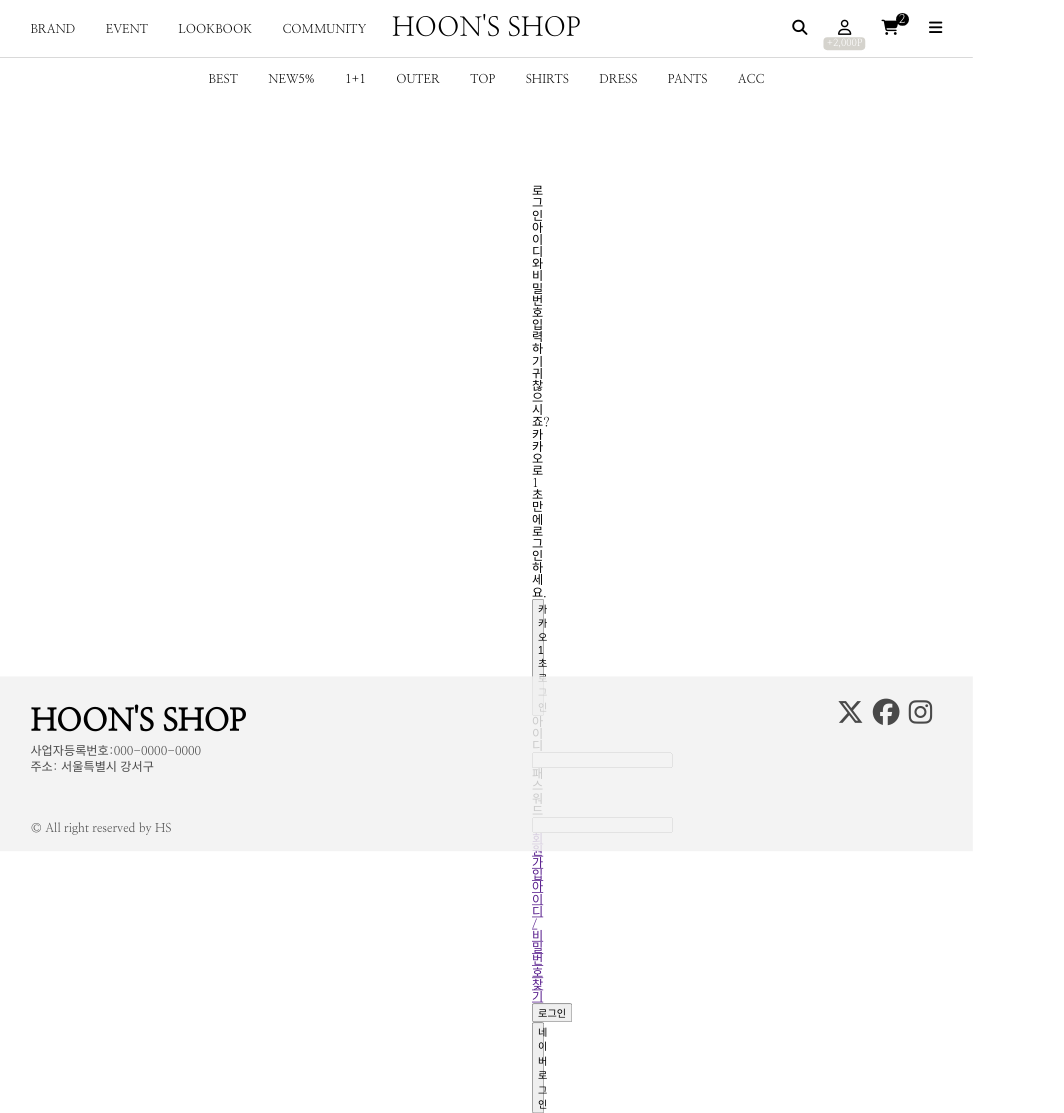
Repository: Iimchaehoon/cafeProject
Page: login.html
An editor plug-in stored every save of this project. The page is shown before and after the next save, followed by the edit.
The browser window is 1280 px wide. The page is 1400 px wide, then 1280 px, then 1400 px, so the pictures cover 1400 px, including what lies to the right of the window. The pictures show the whole page, at 76% of full size.
Some web libraries are served in a nearby version.

Above is the page before, as saved 2024-07-29 20:25:26.

### login.html
<!DOCTYPE html>
<html lang="en">
  <head>
    <meta charset="UTF-8" />
    <meta name="viewport" content="width=device-width, initial-scale=1.0" />
    <title>Document</title>
    <link rel="stylesheet" href="/src/css/pages/login.css" />
    <script
      src="https://kit.fontawesome.com/1e606f2a97.js"
      crossorigin="anonymous"
    ></script>
  </head>
  <body>
    <!--header-->
    <header class="header">
      <div class="header__top">
        <nav class="header__nav-box">
          <ul class="header__list-box">
            <li class="header__content">BRAND</li>
            <li class="header__content">EVENT</li>
            <li class="header__content">LOOKBOOK</li>
            <li class="header__content">COMMUNITY</li>
          </ul>
        </nav>
        <h1 class="header__title">HOON'S SHOP</h1>
        <ul class="header__menu">
          <li class="header__content">
            <i class="fa-solid fa-magnifying-glass fa-lg"></i>
          </li>
          <li class="header__content header__content--badge-price">
            <div class="header__price-badge"><span>+2,000P</span></div>
            <i class="fa-regular fa-user fa-lg"></i>
          </li>
          <li class="header__content header__content--badge-box">
            <div class="header__cart-badge"><span>2</span></div>
            <i class="fa-solid fa-cart-shopping fa-lg"></i>
          </li>
          <li class="header__content">
            <i class="fa-solid fa-bars fa-lg"></i>
          </li>
        </ul>
      </div>

      <div class="header__bottom">
        <ul class="header__category">
          <li class="header__content">BEST</li>
          <li class="header__content">NEW5%</li>
          <li class="header__content">1+1</li>
          <li class="header__content">OUTER</li>
          <li class="header__content">TOP</li>
          <li class="header__content">SHIRTS</li>
          <li class="header__content">DRESS</li>
          <li class="header__content">PANTS</li>
          <li class="header__content">ACC</li>
        </ul>
      </div>
    </header>
    <div class="login-wrapper">
      <h2 class="login__title">로그인</h2>
      <span class="login__text">아이디와 비밀번호 입력하기 귀찮으시죠?</span>
      <span class="login__text">카카오로 1초만에 로그인 하세요.</span>
      <button class="login__btn login__btn-kakao">카카오 1초 로그인</button>
      <form class="login__form">
        <label for="login-id" class="login__label">
          <span class="login__text">아이디</span>
          <input id="login-id" type="text" class="login__input" />
        </label>
        <label for="login-password" class="login__label">
          <span class="login__text">패스워드</span>
          <input id="login-password" type="password" class="login__input" />
        </label>
        <div>
          <a class="login__text" href="">회원가입</a>
          <a class="login__text" href="">아이디 / 비밀번호 찾기</a>
        </div>
        <input class="login__btn" type="submit" value="로그인" />
      </form>

      <button class="login__btn login__btn-naver">네이버 로그인</button>
    </div>
    <!-- footer -->
    <footer class="footer">
      <div class="footer_sub-box">
        <span class="footer_title">HOON'S SHOP</span>
        <small class="footer_text">사업자등록번호:000-0000-0000</small>
        <small class="footer_text">주소: 서울특별시 강서구</small>
        <small class="footer_text footer_copy-right"
          >&copy; All right reserved by HS</small
        >
      </div>
      <div class="footer_sub-box footer__social-box">
        <span class="footer_text">
          <i class="fa-brands fa-x-twitter fa-2xl"></i>
        </span>
        <span class="footer_text">
          <i class="fa-brands fa-facebook fa-2xl"></i>
        </span>
        <span class="footer_text">
          <i class="fa-brands fa-instagram fa-2xl"></i>
        </span>
      </div>
    </footer>
  </body>
</html>

### src/css/pages/login.css
@import "../reset.css";
@import "../common.css";
@import "../components/header.css";
@import "../components/footer.css";
.login-wrapper {
  height: 80vh;
  display: flex;
  flex-direction: column;
  padding: 0 700px;
  padding-top: 100px;
}

### src/css/common.css
@import url("https://fonts.googleapis.com/css2?family=Nanum+Gothic&family=Nanum+Myeongjo&display=swap");
body {
  font-family: "Nanum Myeongjo", serif;
  margin: 0;
  padding: 0;
  box-sizing: border-box;
  padding-bottom: 300px;
  position: relative;
}
ul {
  margin: 0;
}

### src/css/components/header.css
.header {
  height: 20vh;
}
.header__top {
  display: flex;
  justify-content: space-between;
  padding: 20px;
  border-bottom: 1px solid rgba(0, 0, 0, 0.2);
}
.header__nav-box {
  width: 33%;
}
.header__title {
  width: 33%;
  font-size: 35px;
  font-weight: 550;
  text-align: center;
}

.header__list-box {
  display: flex;

  height: 100%;
  align-items: center;
}
.header__menu {
  display: flex;
  align-items: center;
  justify-content: flex-end;

  width: 33%;
}
.header__content {
  margin: 0 20px;
}
.header__content a {
  color: black;
}
/* 아래헤더 */
.header__category {
  display: flex;
  justify-content: center;
  padding: 20px 0;
}
.header__cart-badge {
  background-color: black;
  display: flex;
  justify-content: center;
  align-items: center;
  border-radius: 100%;
  width: 13px;
  height: 13px;
  padding: 2px;
  position: absolute;
  top: -13px;
  right: -13px;
}
.header__content--badge-box {
  position: relative;
}
.header__cart-badge span {
  color: white;
}
.header__content--badge-price {
  position: relative;
}
.header__price-badge {
  background-color: #d5d3cd;
  color: white;
  display: flex;
  justify-content: center;
  align-items: center;
  font-size: 13px;
  border-radius: 5px;
  padding: 2px 4px;
  position: absolute;
  left: 50%;
  transform: translateX(-50%);
  bottom: -20px;
}

### src/css/components/footer.css
.footer {
  position: absolute;
  bottom: 0;
  height: 230px;
  width: 100%;
  background-color: #f1f1f1d6;
  display: flex;
}

.footer_sub-box {
  width: 50%;
  height: 100%;
  display: flex;
  flex-direction: column;
  padding: 40px;
  box-sizing: border-box;
}
.footer_copy-right {
  position: relative;
  bottom: -60px;
}

.footer_title {
  font-size: 40px;
  font-weight: 600;
  margin-bottom: 10px;
}
.footer_text {
  color: rgba(0, 0, 0, 0.7);
  margin-bottom: 5px;
}
.footer__social-box {
  flex-direction: row;
  justify-content: flex-end;
}
.footer_text i {
  transform: scale(1.1);
  margin-right: 15px;
}

Loaded but not shown: src/css/reset.css (common file)

After the next save:
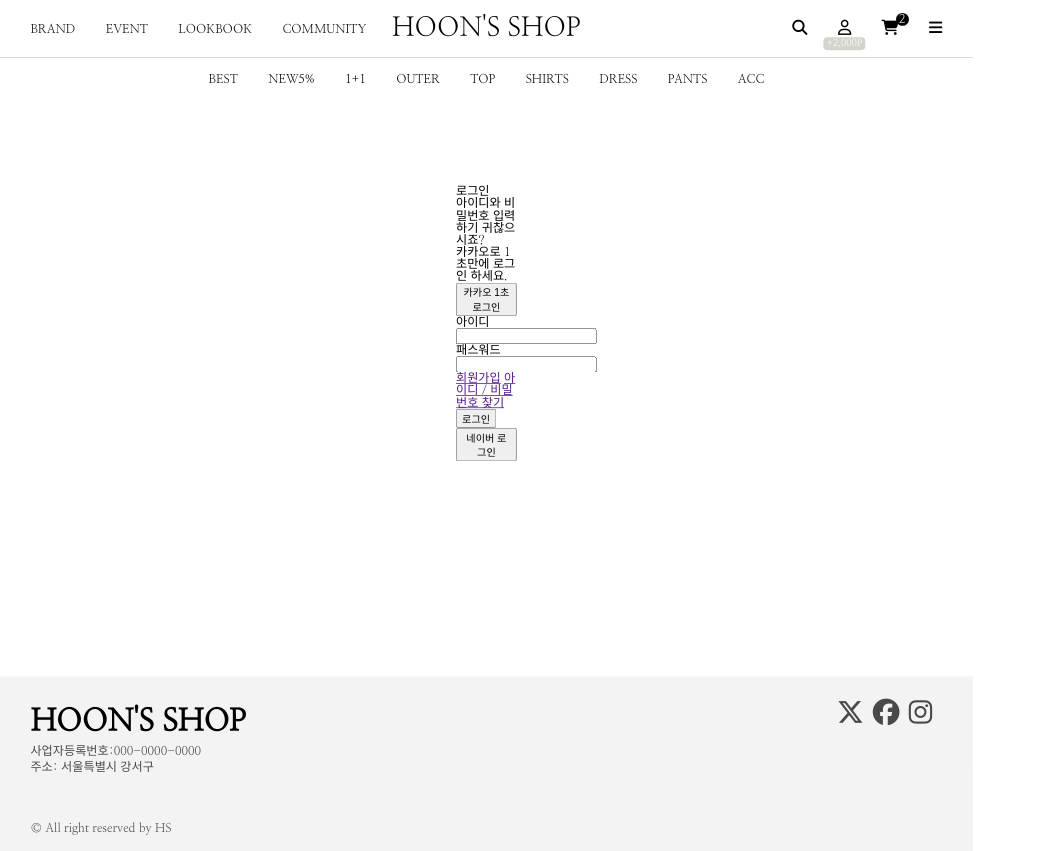
Saved 8 s later.
--- a/src/css/pages/login.css
+++ b/src/css/pages/login.css
@@ -6,6 +6,6 @@
   height: 80vh;
   display: flex;
   flex-direction: column;
-  padding: 0 700px;
+  padding: 0 600px;
   padding-top: 100px;
 }

After the save that followed:
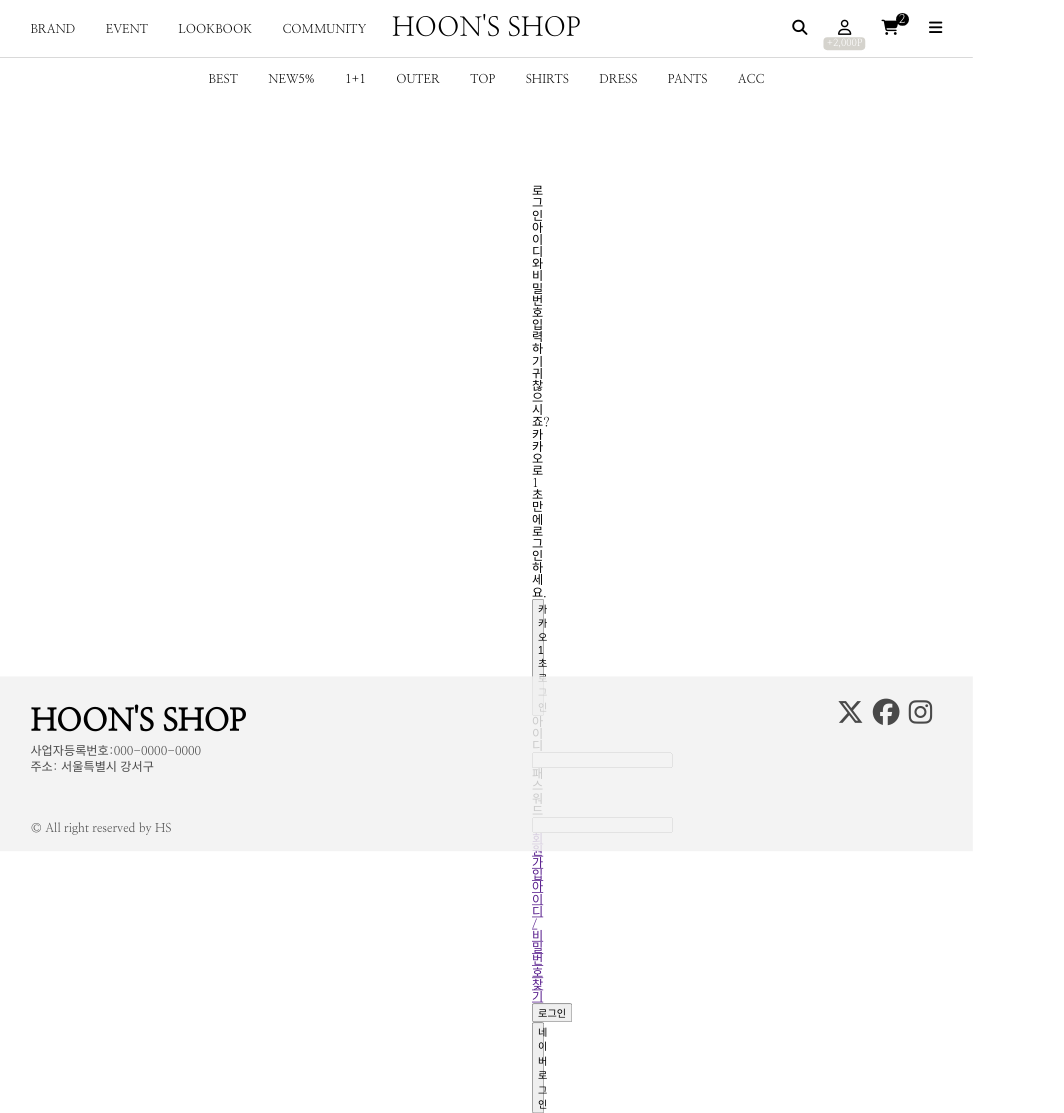
Saved 16 s later.
--- a/src/css/pages/login.css
+++ b/src/css/pages/login.css
@@ -6,6 +6,6 @@
   height: 80vh;
   display: flex;
   flex-direction: column;
-  padding: 0 600px;
+  padding: 0 700px;
   padding-top: 100px;
 }
